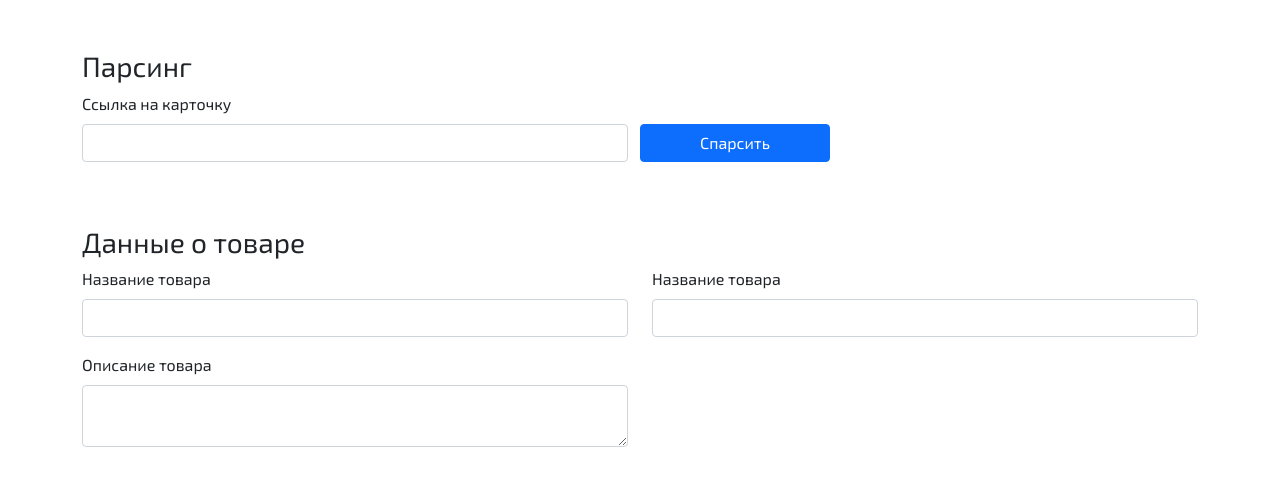
Repository: yozuul/wildberries-product-card-parser-api-exchange
Page: public/index.html
These files come from the project's save history. The page is drawn as it stood at one moment and after the next save; the edit follows.
The browser window is 1280 px wide. The pictures show the whole page.

Above is the page before, as saved 2021-08-18 20:01:32.

### public/index.html
<!DOCTYPE html>
<html lang="en">

<head>
   <meta charset="UTF-8">
   <meta http-equiv="X-UA-Compatible" content="IE=edge">
   <meta name="viewport" content="width=device-width, initial-scale=1.0">
   <title>Document</title>
   <link href="https://cdn.jsdelivr.net/npm/bootstrap@5.1.0/dist/css/bootstrap.min.css" rel="stylesheet" integrity="sha384-KyZXEAg3QhqLMpG8r+8fhAXLRk2vvoC2f3B09zVXn8CA5QIVfZOJ3BCsw2P0p/We" crossorigin="anonymous">
   <link rel="stylesheet" href="style.css">

</head>

<body>
   <div class="container">
      <form class="row parser_form_wrapper align-items-end">
            <div class="mb-3 col-6">
               <h3>Парсинг</h3>
               <label for="cardProductURL" class="form-label">Ссылка на карточку</label>
               <input type="text" class="form-control" id="cardProductURL">
            </div>
            <button type="submit" class="btn btn-primary mb-3 col-2">Спарсить</button>
          </form>
      </div>


    <form class="container mt-5">
       <div class="row">
          <h3 class="col-12">Данные о товаре</h3>
          <div class="col">
            <div class="mb-3">
               <label for="productName" class="form-label">Название товара</label>
               <input type="text" class="form-control" id="productName">
            </div>
            <div class="mb-3">
               <label for="productName" class="form-label">Описание товара</label>
               <textarea type="text" class="form-control" id="productName"></textarea>
            </div>
          </div>
          <div class="col">
            <label for="productName" class="form-label">Название товара</label>
            <input type="text" class="form-control" id="productName">
          </div>
       </div>
    </form>

   <!-- <form class="productFormWrapper">
      <div class="productFormWrapperLeft productForm">
            <h3>Данные о товаре</h3>
            <div class="inputWrapper">
               <p>Название товара</p>
               <input type="text" name="productName" id="productName">
            </div>
            <div class="inputWrapper">
               <p>Описание товара</p>
               <textarea name="productDesc" id="productDesc"></textarea>
            </div>
            <div class="inputWrapper">
               <p>Бренд</p>
               <input type="text" name="productBrand" id="productBrand">
            </div>
            <div class="inputWrapper">
               <p>Цена</p>
               <input type="text" name="productPrice" id="productPrice">
            </div>
            <div class="inputWrapper">
               <p>Изображения</p>
            </div>
      </div>
      <div class="productFormWrapperRight productForm">
         <h3>Описание и характеристики</h3>
      </div>
   </form> -->
   <script src="index.js"></script>
</body>

</html>

### public/style.css
@import url('https://fonts.googleapis.com/css2?family=Exo+2&display=swap');

* {
   font-family: 'Exo 2', sans-serif;
}

body {
   padding: 0;
   margin: 0;
}

.parser_form_wrapper {
   margin-top: 50px;
}
/* .productFormWrapper, .parseFormWrapper {
   max-width: 1200px;
   margin: auto;
   padding-top: 25px;
   padding-bottom: 25px;
}
.parseFormWrapper {
   border-bottom: 1px dotted #9999;
}
.productFormWrapper {
   display: flex;
}
.productFormWrapperLeft {
   margin-right: 50px;
}
.parseForm {
   display: flex;
   flex-wrap: wrap;
   max-width: 550px;
}
.parseForm input {
   width: 550px;
   margin-bottom: 20px;
}
.productForm {
}
.productForm input, .productForm textarea {
   width: 550px;
}
.productForm textarea {
   height: 100px;
   resize: none;
}
.parseFormWrapper p, .productFormWrapper p {
   margin-bottom: 8px;
   margin-top: 0;
}
.inputWrapper {
   margin-bottom: 15px;
} */

Loaded but not shown: index.js (no copy from this time; the picture is the same without it)

After the next save:
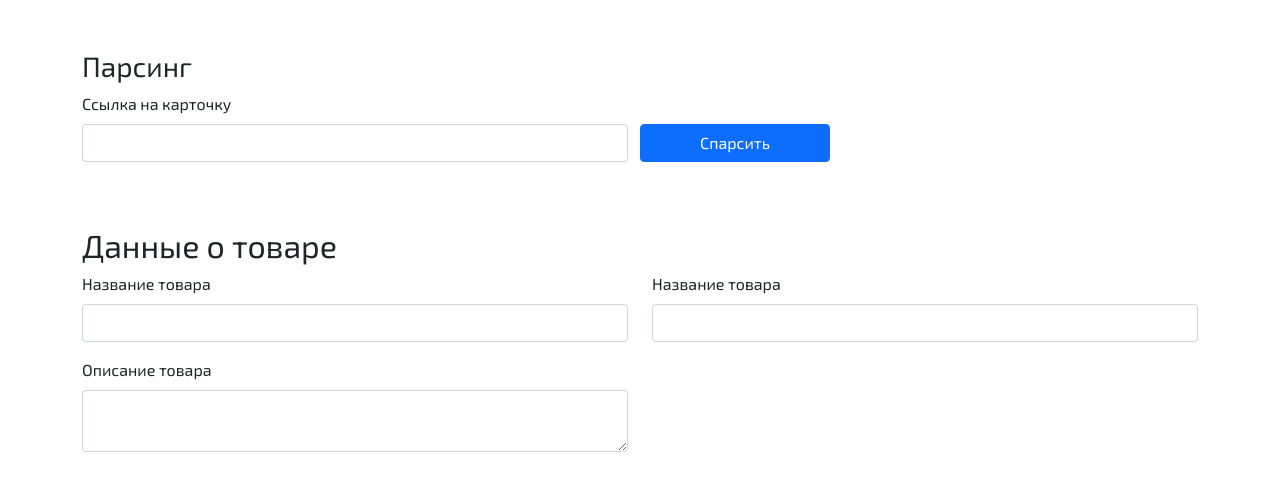
Saved 41 s later.
--- a/public/index.html
+++ b/public/index.html
@@ -26,7 +26,7 @@
 
     <form class="container mt-5">
        <div class="row">
-          <h3 class="col-12">Данные о товаре</h3>
+          <h2 class="col-12">Данные о товаре</h2>
           <div class="col">
             <div class="mb-3">
                <label for="productName" class="form-label">Название товара</label>
